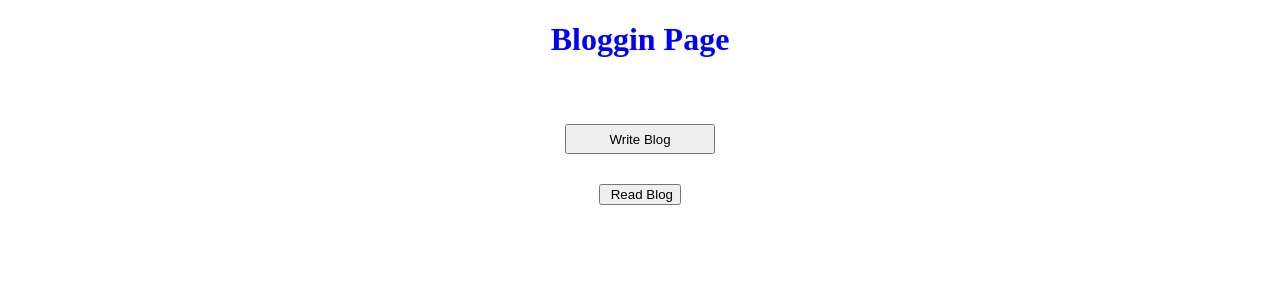
Repository: choubeyshubham018/CompleteJavaQuestions
Page: http://localhost/Ques_17_ServletBlogApplication/
The author's editor kept a copy of each file at every save. The page is drawn from the files as they stood at one save, then again after the next save.
The browser window is 1280 px wide. The pictures show the whole page.
The page is served by Tomcat 9.

Above is the page before, as saved 2023-09-19 06:28:41.

After the next save:
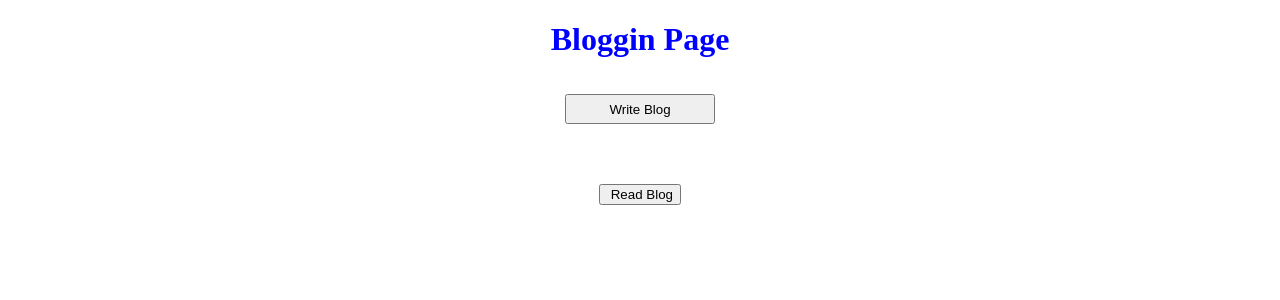
Saved 15 s later.
--- a/Servlet Assignment/Ques_17_ServletBlogApplication/src/main/webapp/index.jsp
+++ b/Servlet Assignment/Ques_17_ServletBlogApplication/src/main/webapp/index.jsp
@@ -15,7 +15,7 @@
 <input type="submit" value="Write Blog" style="height: 30px;width: 150px;">
 </form>
 </div>
-<div style="padding: 30px;">
+<div style="padding: 30px; margin: 30px;">
 <form action="./blog & s1=write %">
 <input type="submit" value=" Read Blog">
 </form>
